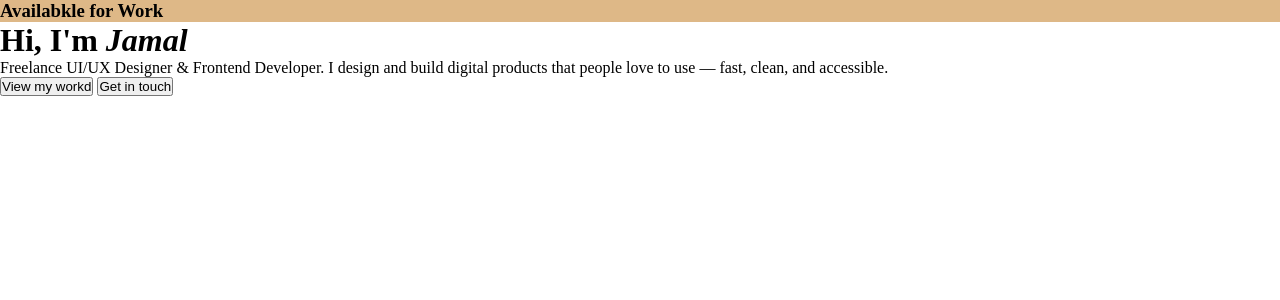
Repository: jamalissef-glitch/exercise1-JS
Page: Exercise33/index.html
The author's editor kept a copy of each file at every save. The page is drawn from the files as they stood at one save, then again after the next save.
The browser window is 1280 px wide. The pictures show the whole page.

Above is the page before, as saved 2026-07-14 17:38:18.

### Exercise33/index.html
<!DOCTYPE html>
<html lang="en">

<head>
 <meta charset="UTF-8">
 <meta name="viewport" content="width=device-width, initial-scale=1.0">
 <title>DOM</title>
</head>

<style>
 * {
  padding: 0;
  margin: 0;
  box-sizing: border-box;
 }

 h3 {
  background-color: burlywood;
 }
</style>

<body>

 <h3>Availabkle for Work</h3>
 <h1 id="head">Hi, I'm <em>Jamal</em></h1>
 <p class="desc">Freelance UI/UX Designer & Frontend Developer. I design and build digital products that people love to
  use — fast,
  clean, and accessible.</p>

 <button>View my workd</button>
 <button>Get in touch</button>


</body>

</html>

After the next save:
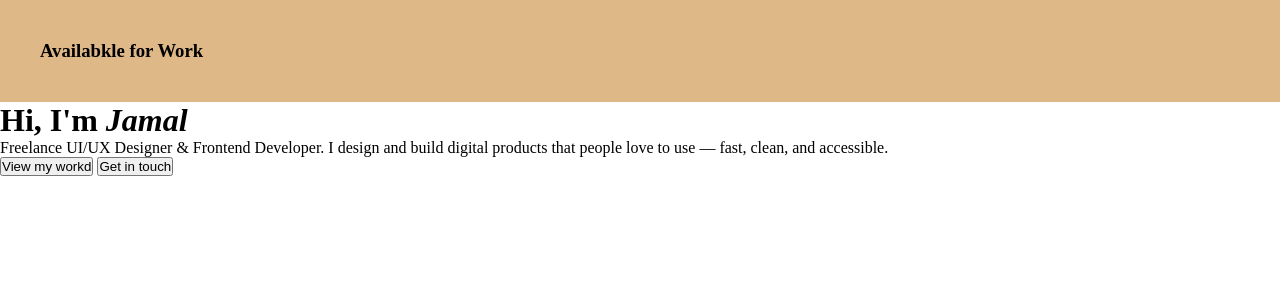
Saved 9 s later.
--- a/Exercise33/index.html
+++ b/Exercise33/index.html
@@ -16,6 +16,7 @@
 
  h3 {
   background-color: burlywood;
+  padding: 2.5rem;
  }
 </style>
 
